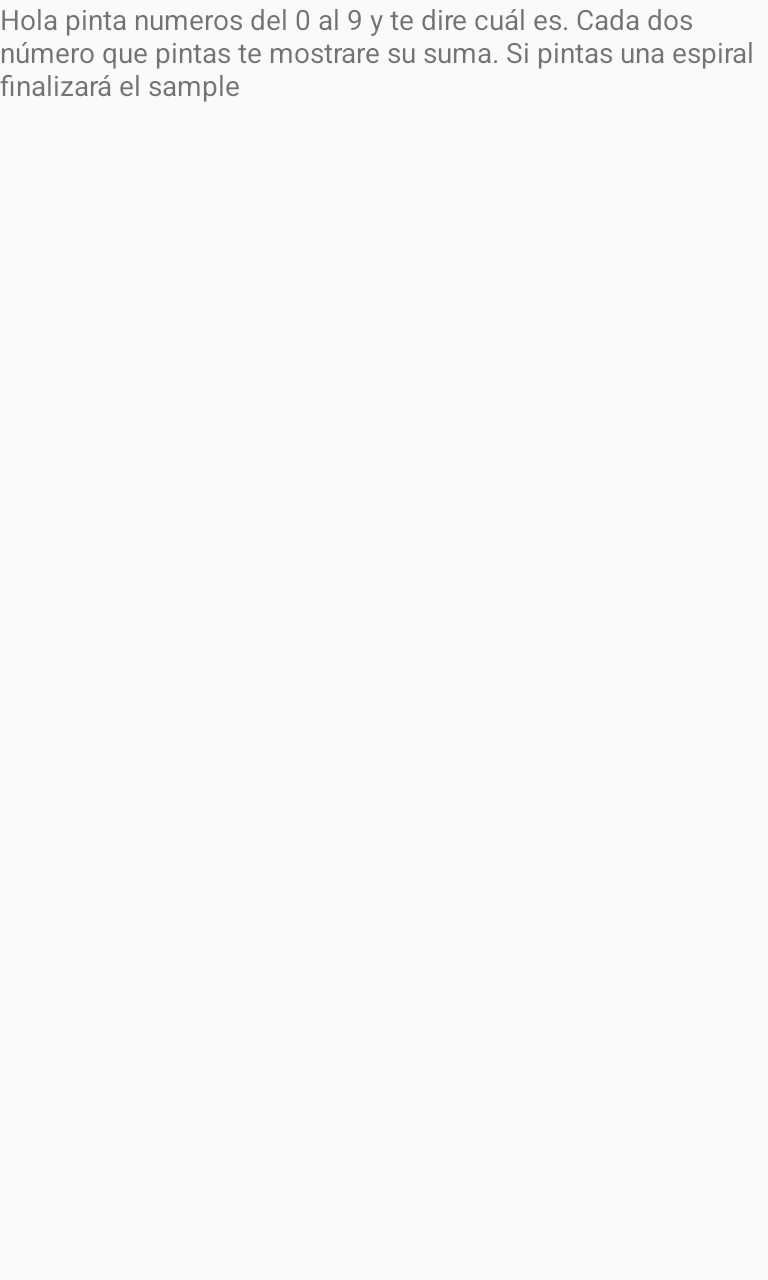
Repository: Jick9536/NPI-P3
Layout: Gesto2/res/layout/activity_main_activity2.xml
An editor plug-in stored every save of this project. The layout is shown before and after the next save, followed by the edit.
It is drawn on a 768 x 1280 px phone screen (xhdpi) without system bars, with theme AppTheme; the app's code is not run.

Above is the layout before, as saved 2015-01-03 18:52:06.

### Gesto2/res/layout/activity_main_activity2.xml
<?xml version="1.0" encoding="utf-8"?>
<LinearLayout xmlns:android="http://schemas.android.com/apk/res/android"
android:orientation="vertical"
android:layout_width="match_parent"
android:layout_height="match_parent"
>
<android.gesture.GestureOverlayView
android:id="@+id/gestures"
android:layout_width="fill_parent"
android:layout_height="0dip"
android:layout_weight="1.0" />

<TextView
android:layout_width="match_parent"
android:layout_height="match_parent"
android:text="Hola pinta numeros del 0 al 9 y te dire cuál es. Cada dos número que pintas te mostrare su suma. Si pintas una espiral finalizará el sample" />

</LinearLayout>

Loaded but not shown: Gesto2/res/values/styles.xml (common file); Gesto2/res/values-v11/styles.xml (common file); Gesto2/res/values-v14/styles.xml (common file)

After the next save:
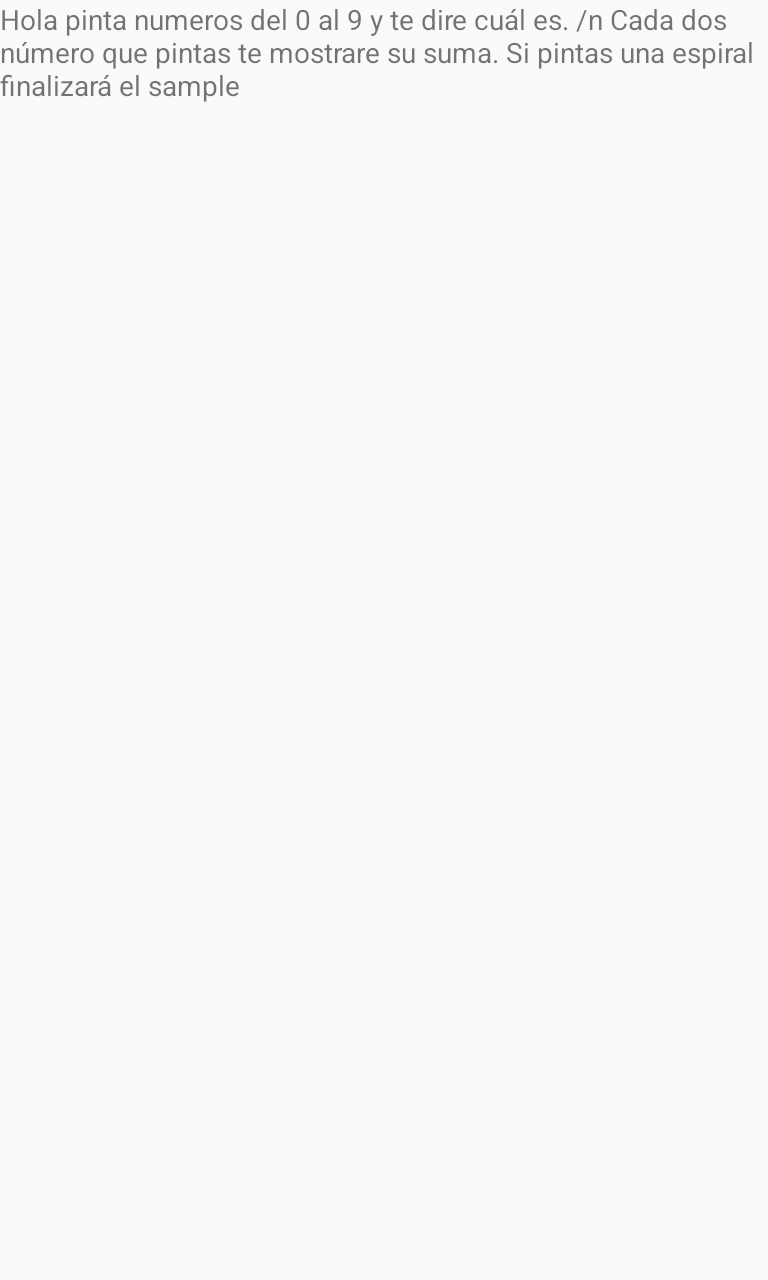
Saved 40 s later.
--- a/Gesto2/res/layout/activity_main_activity2.xml
+++ b/Gesto2/res/layout/activity_main_activity2.xml
@@ -13,6 +13,6 @@ android:layout_weight="1.0" />
 <TextView
 android:layout_width="match_parent"
 android:layout_height="match_parent"
-android:text="Hola pinta numeros del 0 al 9 y te dire cuál es. Cada dos número que pintas te mostrare su suma. Si pintas una espiral finalizará el sample" />
+android:text="Hola pinta numeros del 0 al 9 y te dire cuál es. /n Cada dos número que pintas te mostrare su suma. Si pintas una espiral finalizará el sample" />
 
 </LinearLayout>
